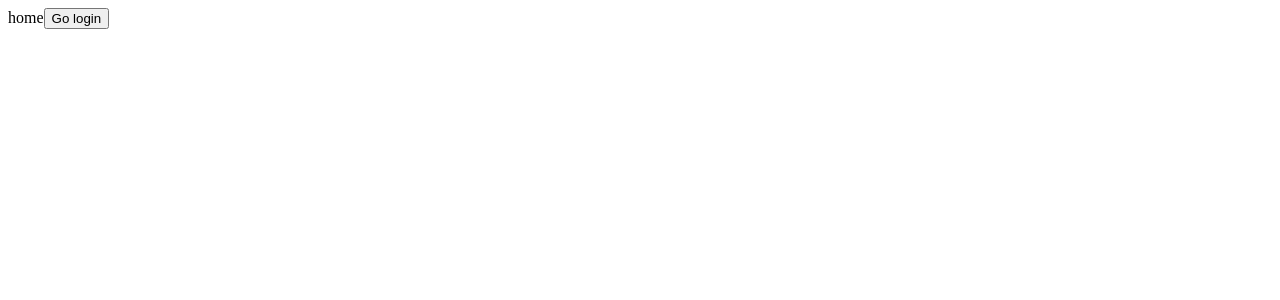
Repository: knowledgeAlan/nextjs-client-router-one
Page: /
The author's editor kept a copy of each file at every save. The page is drawn from the files as they stood at one save, then again after the next save.
The browser window is 1280 px wide. The pictures show the whole page.
The project was rebuilt for these pictures with package versions that can differ from the ones it lists, and the page was loaded fresh each time. The framework's server and built-in components were replaced by stand-ins that run in the browser. Also part of the build but not shown: next.config.mjs.

Above is the page before, as saved 2024-05-17 13:51:48.

### src/app/layout.tsx
import type { Metadata } from "next";
import { Inter } from "next/font/google";


const inter = Inter({ subsets: ["latin"] });

export const metadata: Metadata = {
  title: "Create Next App",
  description: "Generated by create next app",
};

export default function RootLayout({
  children,
}: Readonly<{
  children: React.ReactNode;
}>) {
  return (
    <html lang="en">
      <body className="bg-white">{children}</body>
    </html>
  );
}

### src/app/page.tsx
'use client'
import Image from "next/image";

export default function Home() {

  const buttonClick =() => {

  }
  return (
    <>
      home
      <button onClick={buttonClick}   >
        Go login
      </button>
    </>
  );
}

After the next save:
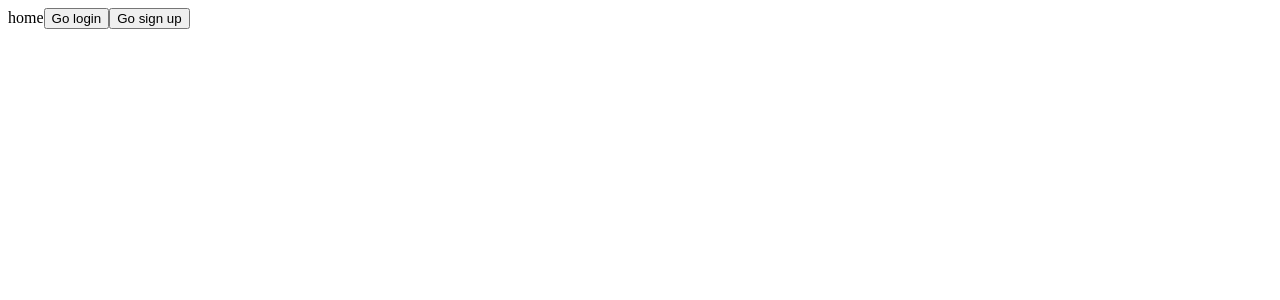
Saved 13 s later.
--- a/src/app/page.tsx
+++ b/src/app/page.tsx
@@ -12,6 +12,9 @@ export default function Home() {
       <button onClick={buttonClick}   >
         Go login
       </button>
+      <button onClick={buttonClick}   >
+        Go sign up
+      </button>
     </>
   );
 }
